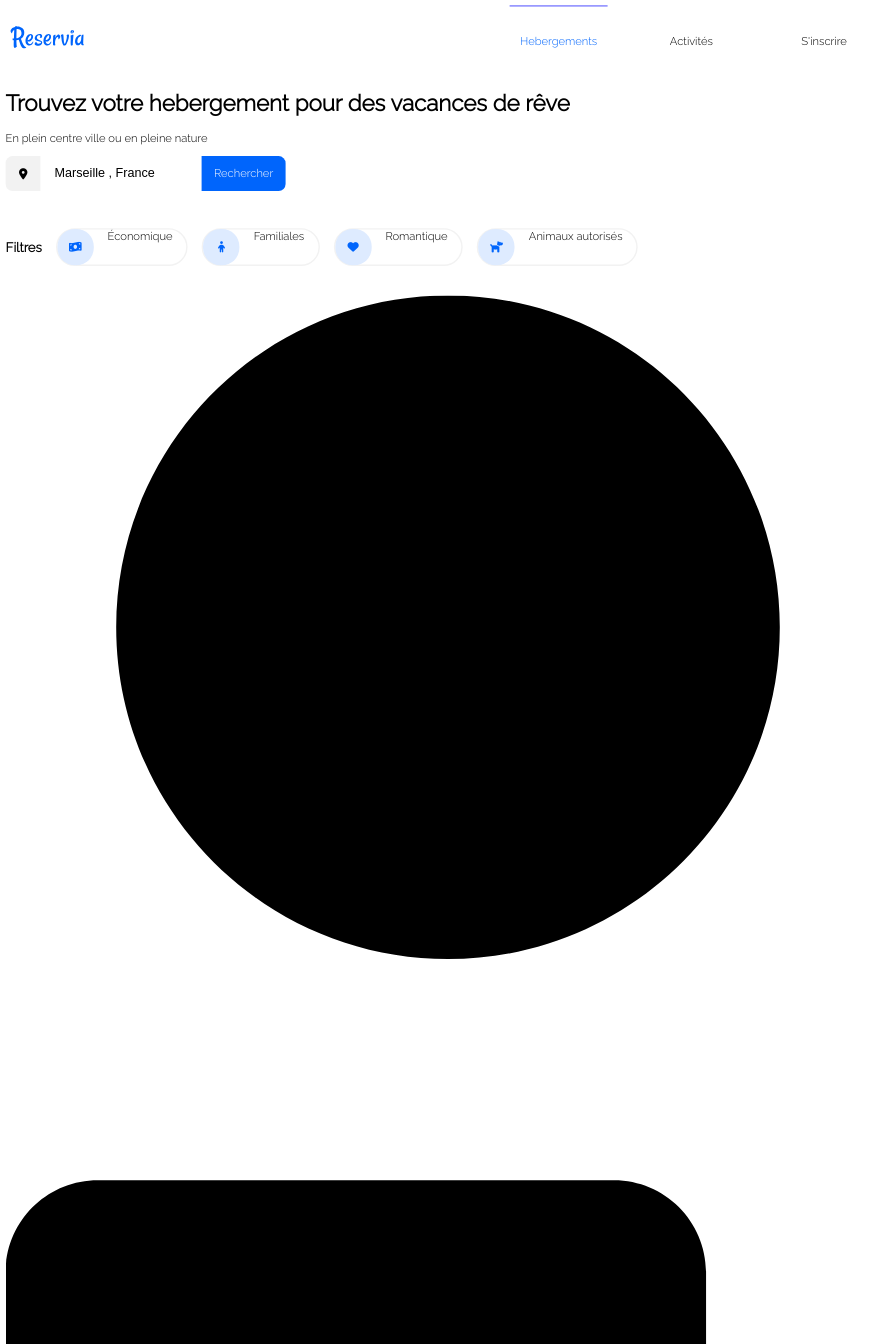
Repository: jaydeeonghub/DYLANBARBARISI_2_16062021
Page: index.html
The author's editor kept a copy of each file at every save. The page is drawn from the files as they stood at one save, then again after the next save.
The browser window is 1280 px wide. The pictures show the part of the page from y = 0 to 1920 px (the page is 61307 px tall), at 70% of full size.
Some web libraries are served in a nearby version.

Above is the page before, as saved 2021-07-07 16:15:09.

### index.html
<!DOCTYPE html>
<html lang="fr">
<head>
    <script src="https://kit.fontawesome.com/864c7a6a3c.js" crossorigin="anonymous"></script>
    <link href="//netdna.bootstrapcdn.com/font-awesome/3.2.1/css/font-awesome.css" rel="stylesheet">
    <link rel="preconnect" href="https://fonts.gstatic.com">
    <link href="https://fonts.googleapis.com/css2?family=Raleway:wght@300&display=swap" rel="stylesheet">
    <link rel="stylesheet" href="Assets\Style\Styles.css">
        <meta charset="UTF-8">
        <meta http-equiv="X-UA-Compatible" content="IE=edge">
        <meta name="viewport" content="width=device-width, initial-scale=1.0">
    <title>Reservia</title>
</head>
<body>
    <header>
    <div class="Barre_de_navigation"> <!--Barre de navigation-->
        <div>
        <img
             class="marglogo"
             src="Assets/Logo/Reservia@3x.png"
             alt="Logo Reservia Responsive"
             srcset="Assets/Logo/Reservia.svg"
             width="120px"
             height="50px"
        />
    </div>
<nav class="LiensNav flexAround">
        <div class=" LiensNav2 flexCentre bordureNav">
        <a class="colorBleu decorationNone" href="#Hebergements">Hebergements</a>
    </div>
        <div class="LiensNav2 flexCentre">
        <a class="LiensColor2 decorationNone" href="#Activités">Activités</a>
    </div>
        <div class="LiensNav2 flexCentre"
            <a class="colorBleu decorationNone" href="#S'inscrire">S'inscrire</a></div>
    </nav>
    </header>
<main>
    <h1 class="texteGras">
    Trouvez votre hebergement pour des vacances de rêve
    </h1> <!--Titre d'accroche de la landing page-->
    <p>En plein centre ville ou en pleine nature</p>
    <div class="filtre margFiltreTitre">
        <div class="backGris flexCentre iconSize">
            <i class="fas fa-map-marker-alt"></i></div>
        <div>
            <input
                class="recherche flexCentre bordureNone paddingSearch"
                type="search"
                value="Marseille , France"
                />
            </div>
        <div class="backBleu flexCentre buttonSearch">Rechercher</div>
          </div>
          <div class="filtre margFiltre">
              <div class="margFiltreTitre"><h3>Filtres</h3></div>
          <div class="flexBetween filtreTexteIcons">
              <i class="fas fa-money-bill-wave filtreIcons flexCentre"></i>
              <div class="filtreTexte">Économique</div>
          </div>
          <div class="flexBetween filtreTexteIcons">
              <i class="fas fa-child filtreIcons flexCentre"></i>
              <div class="filtreTexte">Familiales</div>
          </div>
          <div class="flexBetween filtreTexteIcons">
              <i class="fas fa-heart filtreIcons flexCentre"></i>
              <div class="filtreTexte">Romantique</div>
          </div>
          <div class="flexBetween filtreTexteIcons">
              <i class="fas fa-dog filtreIcons flexCentre"></i>
              <div class="filtreTexte">Animaux autorisés</div>
          </div>
        </div>

    <img src="Assets/Icons/info-solid.svg"> <p>Plus de 500 Logements sont disponibles dans cette ville</p> <!--Nombre approximatif de logements disponibles aux alentours-->




        <section>
            <aside>
                <h2>Hébergements à Marseille</h2>
        <div>
            <img src="Assets/Images/4_small/florian-wehde-xW9e8gdotxI-unsplash.jpg"
                      />
                <span>
                    Auberge de la Cannebière
                </span>
                <span>
                    Nuit à partir de 25 Euros
                </span>
                <div>
                    <i><img src="Assets/Icons/star-solid.svg"</i>
                    <i><img src="Assets/Icons/star-solid.svg"</i>
                    <i><img src="Assets/Icons/star-solid.svg"</i>
                    <i><img src="Assets/Icons/star-solid.svg"</i>
                    <i><img src="Assets/Icons/star-solid.svg"</i>
                </div>
        <div>
            <img src="Assets/Images/4_small/kevin-hikari-rV_Qd1l-VXg-unsplash.jpg"
                    />
                <span>
                    Hôtel du port
                </span>
                <span>
                    Nuit à partir de 52 Euros
                </span>
                    <div>
                        <i><img src="Assets/Icons/star-solid.svg"</i>
                        <i><img src="Assets/Icons/star-solid.svg"</i>
                        <i><img src="Assets/Icons/star-solid.svg"</i>
                        <i><img src="Assets/Icons/star-solid.svg"</i>
                        <i><img src="Assets/Icons/star-solid.svg"</i>
                    </div>

                    <div>
                    <img src="Assets/Images/4_small/kilyan-sockalingum-NR8-cBCN3aI-unsplash.jpg"
                    />

                    <span>
                        Hôtel Les mouettes
                    </span>

                    <span>
                        Nuit à partir de 76 Euros
                        </span>

                        <div>
                            <i><img src="Assets/Icons/star-solid.svg"</i>
                            <i><img src="Assets/Icons/star-solid.svg"</i>
                            <i><img src="Assets/Icons/star-solid.svg"</i>
                            <i><img src="Assets/Icons/star-solid.svg"</i>
                            <i><img src="Assets/Icons/star-solid.svg"</i>
                        </div>
                    </div>
                        <div>
                            <img src="Assets/Images/4_small/lena-paulin-wH2-EJoDcV0-unsplash.jpg"
                            />
                            <span>
                                Hôtel de la mer
                            </span>
                            <span>
                                Nuit à partir de 46 Euros
                            </span>
                            <div>
                                <i><img src="Assets/Icons/star-solid.svg"</i>
                                <i><img src="Assets/Icons/star-solid.svg"</i>
                                <i><img src="Assets/Icons/star-solid.svg"</i>
                                <i><img src="Assets/Icons/star-solid.svg"</i>
                                <i><img src="Assets/Icons/star-solid.svg"</i>
                            </div>
                            <div>
                                <img src="Assets/Images/4_small/paul-hermann-QFTrLdQIRhI-unsplash.jpg"
                                />
                                <span>
                                    Auberge Le Panier
                                </span>
                                <span>
                                    Nuit à partir de 23 Euros
                                </span>
                                <div>
                                    <i><img src="Assets/Icons/star-solid.svg"</i>
                                    <i><img src="Assets/Icons/star-solid.svg"</i>
                                    <i><img src="Assets/Icons/star-solid.svg"</i>
                                    <i><img src="Assets/Icons/star-solid.svg"</i>
                                    <i><img src="Assets/Icons/star-solid.svg"</i>
                                </div>
                                <div>
                                    <img src="Assets/Images/4_small/reno-laithienne-QUgJhdY5Fyk-unsplash.jpg"
                                    />
                                    <span>
                                        Hôtel Chez Amina
                                    </span>
                                    <span>
                                        Nuit à partir de 96 Euros
                                    </span>
                                    <div>
                                        <i><img src="Assets/Icons/star-solid.svg"</i>
                                        <i><img src="Assets/Icons/star-solid.svg"</i>
                                        <i><img src="Assets/Icons/star-solid.svg"</i>
                                        <i><img src="Assets/Icons/star-solid.svg"</i>
                                        <i><img src="Assets/Icons/star-solid.svg"</i>
                                    </div>

            </aside><!--Hebergements à Marseille-->
            <aside>
                <h2>Les plus populaires</h2>
                <img src="#icônegraphiqueenfleche"
        <div>
            <img src="Assets/Images/4_small/florian-wehde-xW9e8gdotxI-unsplash.jpg"
                      />
                <span>
                    Hôtel le soleil du matin
                </span>
                <span>
                    Nuit à partir de 128 Euros
                </span>
                <div>
                    <i><img src="Assets/Icons/star-solid.svg"</i>
                    <i><img src="Assets/Icons/star-solid.svg"</i>
                    <i><img src="Assets/Icons/star-solid.svg"</i>
                    <i><img src="Assets/Icons/star-solid.svg"</i>
                    <i><img src="Assets/Icons/star-solid.svg"</i>
                </div>
        <div>
            <img src="Assets/Images/4_small/kevin-hikari-rV_Qd1l-VXg-unsplash.jpg"
                    />
                <span>
                    Au coeur de l'eau Chambre d'hôtes
                </span>
                <span>
                    Nuit à partir de 71 Euros
                </span>
                    <div>
                        <i><img src="Assets/Icons/star-solid.svg"</i>
                        <i><img src="Assets/Icons/star-solid.svg"</i>
                        <i><img src="Assets/Icons/star-solid.svg"</i>
                        <i><img src="Assets/Icons/star-solid.svg"</i>
                        <i><img src="Assets/Icons/star-solid.svg"</i>
                    </div>

                    <div>
                    <img src="Assets/Images/4_small/kilyan-sockalingum-NR8-cBCN3aI-unsplash.jpg"
                    />

                    <span>
                        Hôtel tout bleu et blanc
                    </span>

                    <span>
                        Nuit à partir de 68 Euros
                        </span>

                        <div>
                            <i><img src="Assets/Icons/star-solid.svg"</i>
                            <i><img src="Assets/Icons/star-solid.svg"</i>
                            <i><img src="Assets/Icons/star-solid.svg"</i>
                            <i><img src="Assets/Icons/star-solid.svg"</i>
                            <i><img src="Assets/Icons/star-solid.svg"</i>
                        </div>
                    </div>

            </aside><!-- Les plus populaires-->
    </section>
        <section>
            <h2>Activités à Marseille</h2>
        <div>
            <div>
                <img src="Assets/Images/4_small/kilyan-sockalingum-NR8-cBCN3aI-unsplash.jpg"
                />

                <span>
                    Vieux Port
                </span>
            </div>
            <div>
                <img src="Assets/Images/4_small/kilyan-sockalingum-NR8-cBCN3aI-unsplash.jpg"
                />

                <span>
                    Fort de Pomègues
                </span>
            </div>
            <div>
                <img src="Assets/Images/4_small/kilyan-sockalingum-NR8-cBCN3aI-unsplash.jpg"
                />

                <span>
                    Îles du Frioul
                </span>
            </div>
            <div>
                <img src="Assets/Images/4_small/kilyan-sockalingum-NR8-cBCN3aI-unsplash.jpg"
                />

                <span>
                    Parc National des Calanques
                </span>
            </div>
            <div>
                <img src="Assets/Images/4_small/kilyan-sockalingum-NR8-cBCN3aI-unsplash.jpg"
                />

                <span>
                    Notre-Dame-de-la-Garde
                </span>
            </div>
            <div>
                <img src="Assets/Images/4_small/kilyan-sockalingum-NR8-cBCN3aI-unsplash.jpg"
                />

                <span>
                    Parc Longchamp
                </span>
            </div>
        </div>
        </section><!-- Activités à Marseille-->


    </main>
    <footer>
        <h5>À propos</h5>
            <a href="#Fonctionnementdusite">Fonctionnement du site</a>
            <a href="#CGV">Conditions générales de vente</a>
            <a href="Confidentialité">Données et confidentialité</a>

        <h5>Nos hébergements</h5>
            <a href="#chartequalité">Charte qualité</a>
            <a href="#Soumettrehôtel">Soumettre votre hôtel</a>


        <h5>Assistance</h5>
            <a href="#Centre d'aide">Centre d'aide</a>
            <a href="#Contact">Nous contacter</a>
    </footer>


</body>
</html>

### Assets/Style/Styles.css
*
html,body {font-family: Raleway;}

li {display: inline;}

a {text-decoration: none;}

.flexCentre {

    display: flex;
    justify-content: center;
    align-items: center;
}

.flexAround {

    display: flex;
    justify-content: space-around;
    align-items: center;
}
.flexBetween {
    display: flex;
    justify-content: space-between;
    align-items: center;
}
/* NAV */
.Barre_de_navigation {
    display: flex;
    justify-content: space-between;
    align-items: center;
    font-family: Raleway;
}
.bordureNav {
    border-top: 1px solid blue;
}
.bordureNav2 {
    border-top: 1px solid transparent;
}

.LiensNav {
    width: 45%;
}
.LiensNav2 {
    width: 140px;
    height: 99px;
}
.texteGras {

    font-weight: bold;
}
.sizeNav {
    height: 100px;
}



.LiensColor2 {
    color: black;
}
.marglogo {
    margin-bottom: 7px;
}

/* Colors */
.colorBleu {
    color: #0065fc;
}
.colorBleuClair {
    color: #deebff
}
.colorGris {
    color: #f2f2f2
}
.backBleu {
    background-color: #0065fc;
}
.backBleuClair {
    background-color: #deebff
}
.backGris {
    background-color: #f2f2f2
}

/* HEADER*/
.bordureSearch {
    width: 400px;
    border-radius: 10px;
    border: 0.5px solid #f2f2f2;
}
.paddingSearch {
    padding-left: 20px;
}
.recherche {
    height: 50px;
    width: 230px;
    font-size: 18px;
    color: black
    font-weight: bold
}
.iconSize {
    height: 50px;
    width: 50px;
    border-radius: 10px 0 0 10px;
}
.buttonSearch {
    height: 50px;
    width: 120px;
    color: white;
    cursor: pointer;
    border-radius: 0 10px 10px 0;
}
/* Filtres */

.filtre {
    display: flex;
    align-items: center;
}
.margFiltre {
    margin-top: 50px;
    margin-bottom: 40px;
}
.margFiltreTitre {
    margin-right: 20px;
}
.filtreTexteIcons {
    border: 2px solid #f2f2f2;
    height: 50px;
    border-radius: 30px;
    margin-right: 20px;
}
.filtreIcons {
    border-radius: 25px;
    width: 52px;
    height: 52px;
    color: #0065fc;
    background-color: #deebff;
}
.filtreTexteIcons:hover > .filtreTexte {
    color:#0065fc
}
.filtreTexteIcons:hover > .filtreIcons {
    color:white;
    background-color:#0065fc;
}
.filtreTexte {
    height: 50px;
    padding-left: 20px;
    padding-right: 20px;
    border-radius: 0 25px 25px 0;
}
.bordureNone {
    border-style: none
}

After the next save:
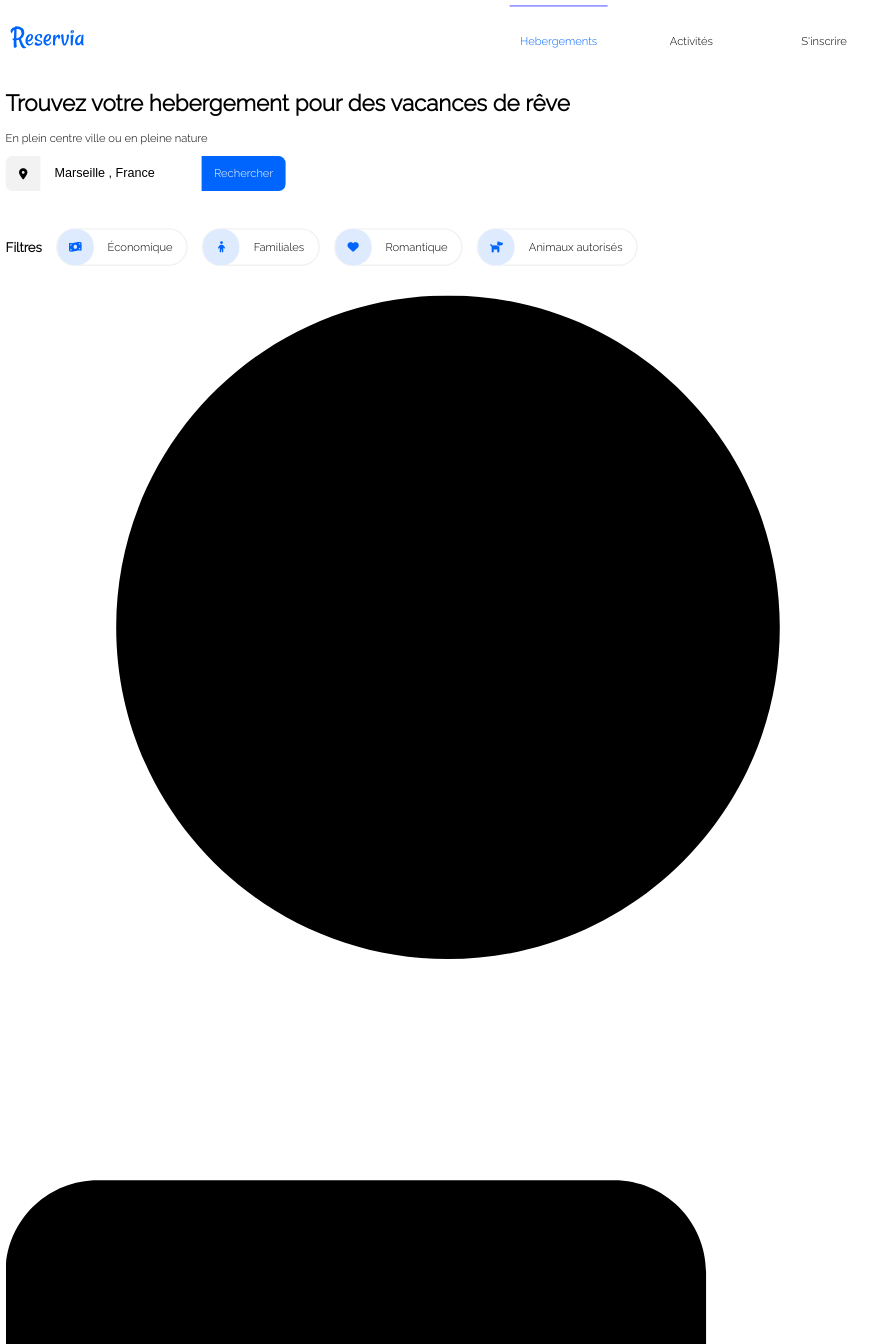
Saved 51 min 42 s later.
--- a/index.html
+++ b/index.html
@@ -56,19 +56,19 @@
               <div class="margFiltreTitre"><h3>Filtres</h3></div>
           <div class="flexBetween filtreTexteIcons">
               <i class="fas fa-money-bill-wave filtreIcons flexCentre"></i>
-              <div class="filtreTexte">Économique</div>
+              <div class="filtreTexte flexCentre">Économique</div>
           </div>
           <div class="flexBetween filtreTexteIcons">
               <i class="fas fa-child filtreIcons flexCentre"></i>
-              <div class="filtreTexte">Familiales</div>
+              <div class="filtreTexte flexCentre">Familiales</div>
           </div>
           <div class="flexBetween filtreTexteIcons">
               <i class="fas fa-heart filtreIcons flexCentre"></i>
-              <div class="filtreTexte">Romantique</div>
+              <div class="filtreTexte flexCentre">Romantique</div>
           </div>
           <div class="flexBetween filtreTexteIcons">
               <i class="fas fa-dog filtreIcons flexCentre"></i>
-              <div class="filtreTexte">Animaux autorisés</div>
+              <div class="filtreTexte flexCentre">Animaux autorisés</div>
           </div>
         </div>
 
